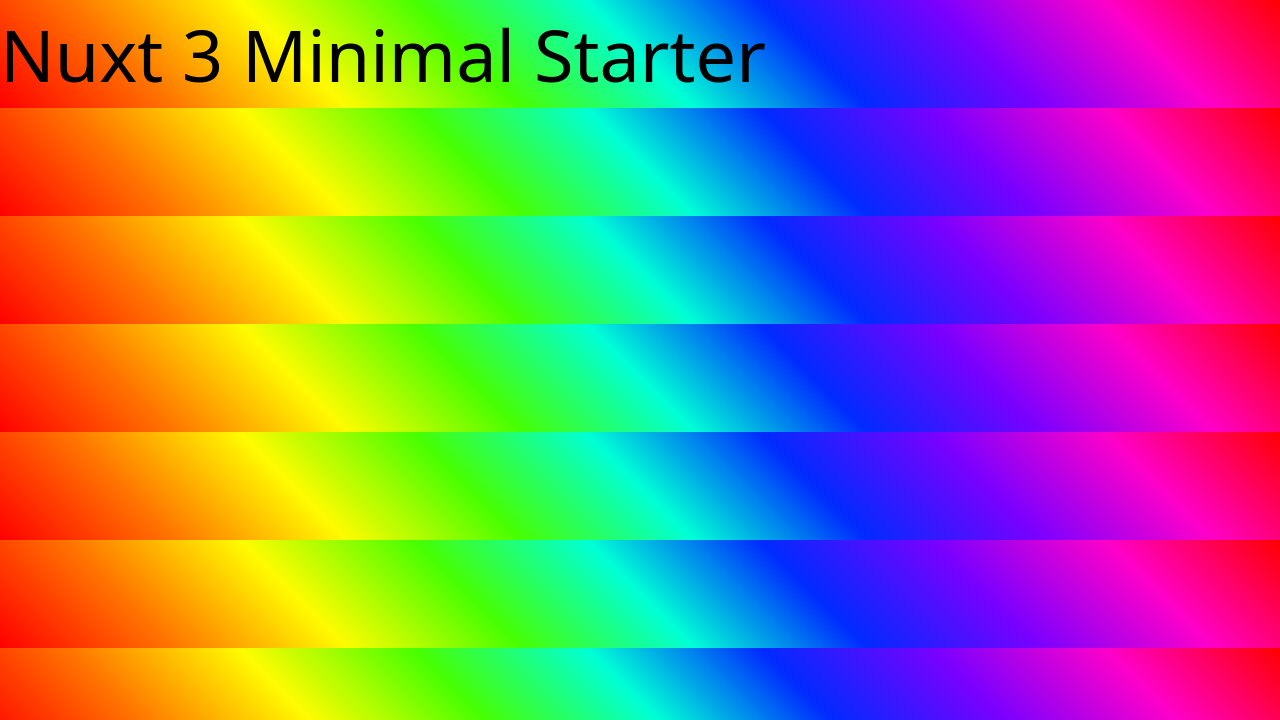
Repository: Freezler/nuxt
Page: /
These files come from the project's save history. The page is drawn as it stood at one moment and after a run of saves; the edit follows.
The browser window is 1280 px wide. The pictures show the whole page.
The project was rebuilt for these pictures with package versions that can differ from the ones it lists, and the page was loaded fresh each time. The framework's server and built-in components were replaced by stand-ins that run in the browser. Also part of the build but not shown: nuxt.config.ts.

Above is the page before, as saved 2024-08-02 21:01:29.

### assets/css/main.css
@tailwind base;
@tailwind components;
@tailwind utilities;

html {
	background:
	linear-gradient(45deg, #ff0000, #ff7300, #fffb00, #48ff00, #00ffd5, #002bff, #7a00ff, #ff00c8, #ff0000);

}

### app.vue
<template>
  <div>
    <h1 class="text-[72px]">Nuxt 3 Minimal Starter</h1>
  </div>
</template>

### tailwind.config.js
/** @type {import('tailwindcss').Config} */
module.exports = {
	content: [
		"./components/**/*.{js,vue,ts}",
		"./layouts/**/*.vue",
		"./pages/**/*.vue",
		"./plugins/**/*.{js,ts}",
		"./app.vue",
		"./error.vue",
	],
	theme: {
		extend: {},
	},
	plugins: [],
}

After the next 2 saves:
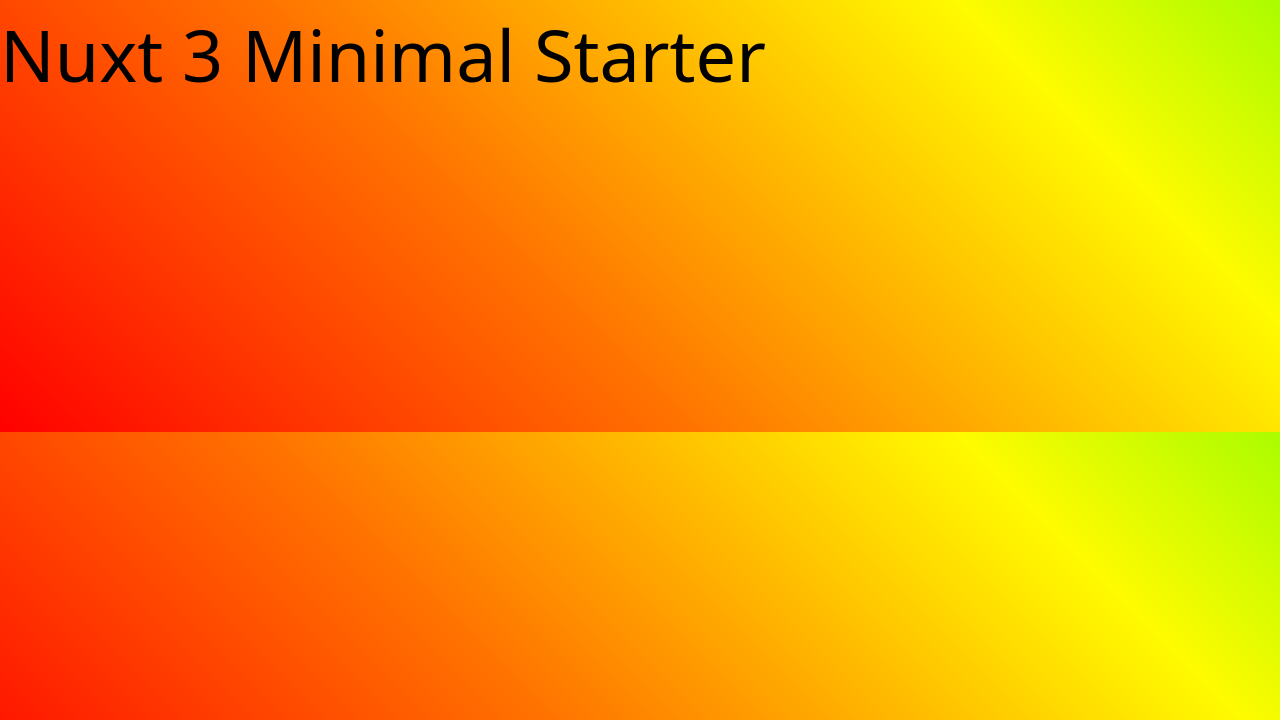
The 2 saves are shown as one change because they came seconds apart.
The last was saved 5 s later.
--- a/assets/css/main.css
+++ b/assets/css/main.css
@@ -6,4 +6,6 @@
 	background:
 	linear-gradient(45deg, #ff0000, #ff7300, #fffb00, #48ff00, #00ffd5, #002bff, #7a00ff, #ff00c8, #ff0000);
 
+	animation: gradient 15s ease infinite;
+	background-size: 400% 400%;
 }

After the 2 saves that followed:
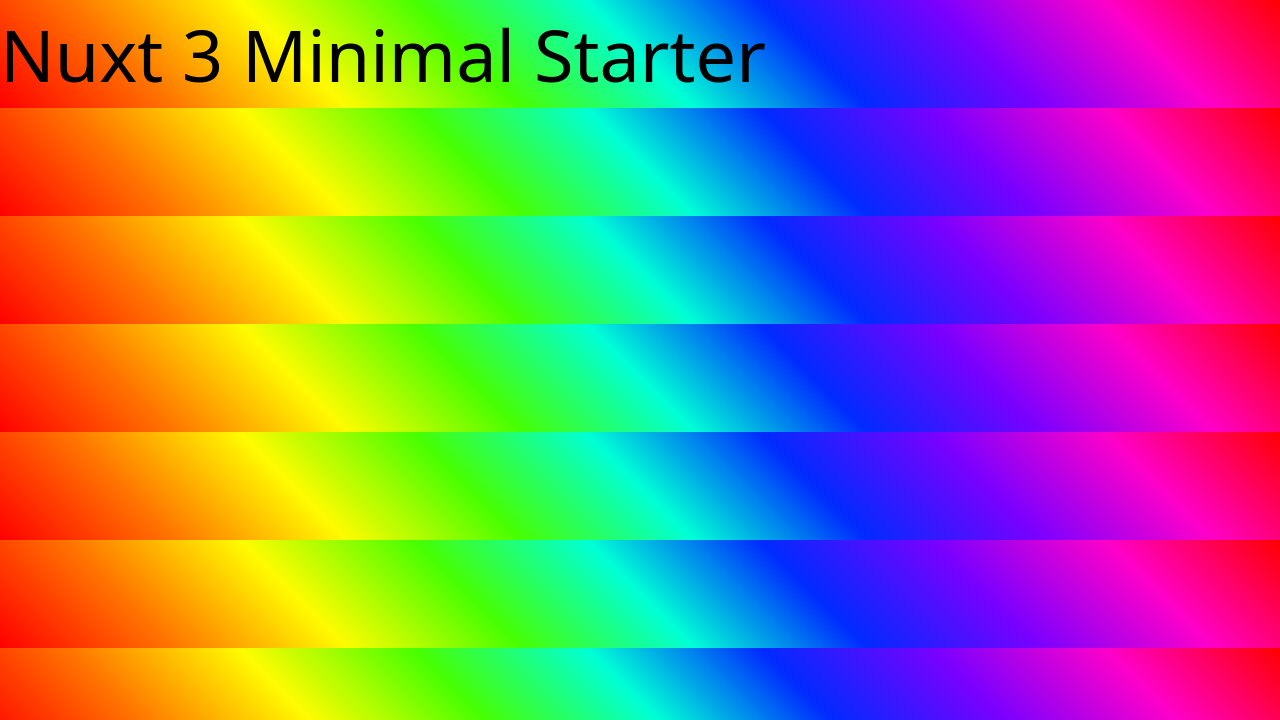
The 2 saves are shown as one change because 1 left the picture as it was.
The last was saved 20 s later.
--- a/assets/css/main.css
+++ b/assets/css/main.css
@@ -6,6 +6,6 @@
 	background:
 	linear-gradient(45deg, #ff0000, #ff7300, #fffb00, #48ff00, #00ffd5, #002bff, #7a00ff, #ff00c8, #ff0000);
 
-	animation: gradient 15s ease infinite;
-	background-size: 400% 400%;
+	animation: gradient 5s ease infinite;
+	background-size: cover;
 }
